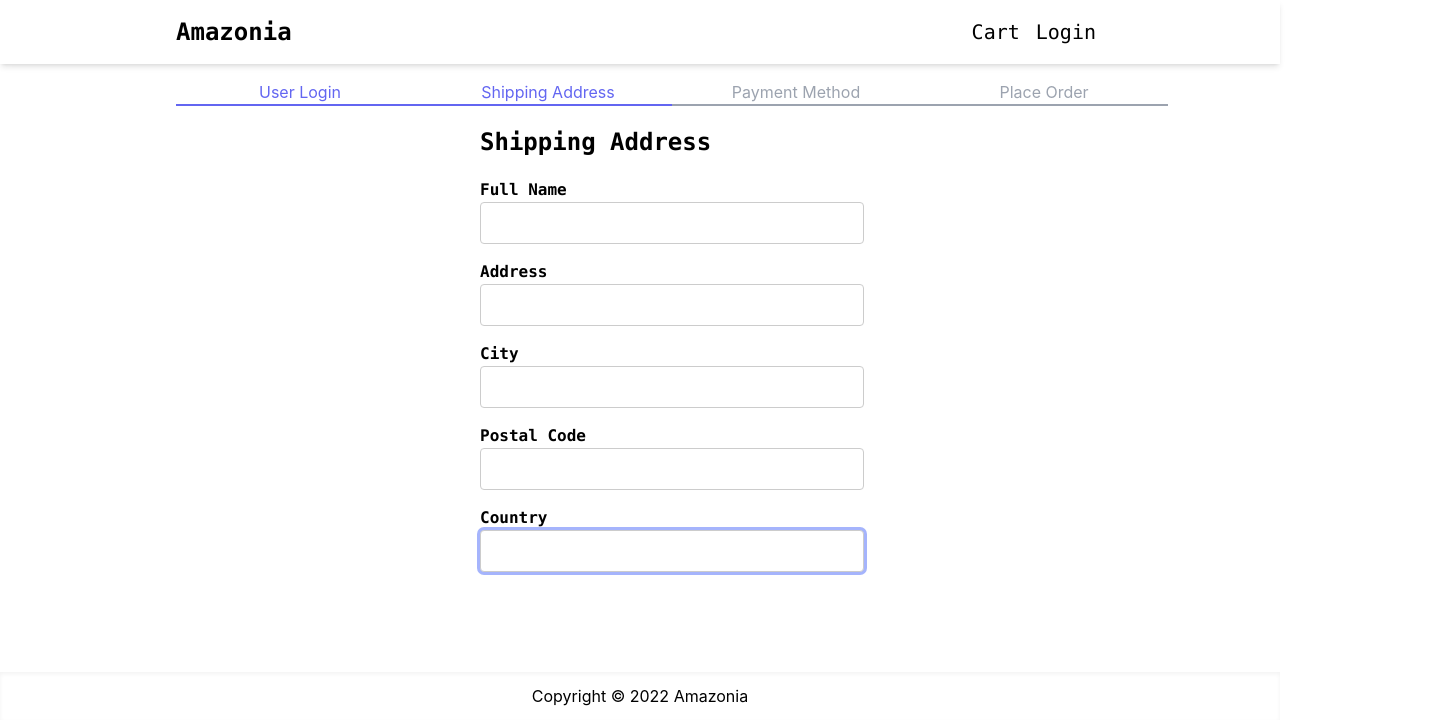
Repository: chidieb11/shop
Page: /shipping
These files come from the project's save history. The page is drawn as it stood at one moment and after a run of saves; the edit follows.
The browser window is 1280 px wide. The page is 1440 px wide, so the pictures cover 1440 px, including what lies to the right of the window. The pictures show the whole page.
The page's requests for data from a server got no answer. The project was rebuilt for these pictures with package versions that can differ from the ones it lists, and the page was loaded fresh each time. The framework's server and built-in components were replaced by stand-ins that run in the browser. No one was signed in, and anything a server would have sent is missing. Also part of the build but not shown: next.config.js, components/DropdownLink.js.

Above is the page before, as saved 2022-06-28 22:21:57.

### pages/_app.js
import "../styles/globals.css";
import { StoreProvider } from "../utils/Store";
import { SessionProvider } from "next-auth/react";

function MyApp({ Component, pageProps:{session, ...pageProps }}) {
  return (
    <SessionProvider session={session}>
      <StoreProvider>
        <Component {...pageProps} />
      </StoreProvider>
    </SessionProvider>
  );
}

export default MyApp;

### pages/shipping.js
import React from "react";
import { useForm } from "react-hook-form";
import CheckoutWizard from "../components/CheckoutWizard";
import Layout from "../components/Layout";

const ShippingScreen = () => {
  const {
    handleSubmit,
    register,
    formState: { errors },
    setValue,
  } = useForm();

  return (
    <Layout title="Shipping Address">
      <CheckoutWizard activeStep={1} />

      <form className="mx-auto max-w-screen-sm">
        <h1 className="capitalize mb-5 text-2xl font-bold font-mono">
          shipping address
        </h1>
        <div className="mb-4 flex flex-col">
          <label htmlFor="fullName" className="font-bold font-mono">
            Full Name
          </label>
          <input
            className="w-96"
            id="fullName"
            autoFocus
            {...register("fullName", {
              required: "Please Enter Your Full Name",
            })}
            style={{ border: "1px solid #ccc", outline: "none" }}
          />
          {errors.fullName && (
            <div className="text-red-500">{errors.fullName.message}</div>
          )}
        </div>

        <div className="mb-4 flex flex-col">
          <label htmlFor="fullName" className="font-bold font-mono">
            Address
          </label>
          <input
            className="w-96"
            id="address"
            autoFocus
            {...register("address", {
              required: "Please Enter Your Address",
              minLength: {
                value: 3,
                message: "Address must be at least 3 characters long!",
              },
            })}
            style={{ border: "1px solid #ccc", outline: "none" }}
          />
          {errors.address && (
            <div className="text-red-500">{errors.address.message}</div>
          )}
        </div>

        <div className="mb-4 flex flex-col">
          <label htmlFor="fullName" className="font-bold font-mono">
            City
          </label>
          <input
            className="w-96"
            id="city"
            autoFocus
            {...register("city", {
              required: "Please Enter Your City",
            })}
            style={{ border: "1px solid #ccc", outline: "none" }}
          />
          {errors.city && (
            <div className="text-red-500">{errors.city.message}</div>
          )}
        </div>

        <div className="mb-4 flex flex-col">
          <label htmlFor="fullName" className="font-bold font-mono">
            Postal Code
          </label>
          <input
            className="w-96"
            id="fullName"
            autoFocus
            {...register("postalCode", {
              required: "Please Enter Your Postal Code",
            })}
            style={{ border: "1px solid #ccc", outline: "none" }}
          />
          {errors.postalCode && (
            <div className="text-red-500">{errors.postalCode.message}</div>
          )}
        </div>

        <div className="mb-4 flex flex-col">
          <label htmlFor="fullName" className="font-bold font-mono">
            Country
          </label>
          <input
            className="w-96"
            id="fullName"
            autoFocus
            {...register("country", {
              required: "Please Enter Your Country",
            })}
            style={{ border: "1px solid #ccc", outline: "none" }}
          />
          {errors.country && (
            <div className="text-red-500">{errors.country.message}</div>
          )}
        </div>
        <div>
            <button></button>
        </div>
      </form>
    </Layout>
  );
};

export default ShippingScreen;

### styles/globals.css
@tailwind base;
@tailwind components;
@tailwind utilities;

html,
body {
  padding: 0;
  margin: 0;
  font-family: -apple-system, BlinkMacSystemFont, Segoe UI, Roboto, Oxygen,
    Ubuntu, Cantarell, Fira Sans, Droid Sans, Helvetica Neue, sans-serif;
}

a {
  color: inherit;
  text-decoration: none;
}

* {
  box-sizing: border-box;
}

.card {
  @apply mb-5 block rounded-lg border border-gray-200 shadow-md;
}

.primary-button {
  @apply rounded bg-amber-200 py-2 px-4 shadow outline-none hover:bg-amber-400 active:bg-amber-500;
}

input,
select,
textarea {
  @apply rounded border-none p-2 outline-none ring-indigo-300 focus:ring;
}

.dropdown-link {
  @apply flex p-2 hover:bg-gray-200;
}

### utils/Store.js
import Cookies from "js-cookie";
import { createContext, useReducer } from "react";

export const Store = createContext();

const initialState = {
  cart: Cookies.get("cart")
    ? JSON.parse(Cookies.get("cart"))
    : { cartItems: [] },
};

function reducer(state, action) {
  switch (action.type) {
    case "CART_ADD_ITEM": {
      const newItem = action.payload;
      const existingItem = state.cart.cartItems.find(
        (item) => item.slug === newItem.slug
      );
      const cartItems = existingItem
        ? state.cart.cartItems.map((item) =>
            item.name === existingItem.name ? newItem : item
          )
        : [...state.cart.cartItems, newItem];
      Cookies.set("cart", JSON.stringify({ ...state.cart, cartItems }));
      return { ...state, cart: { ...state.cart, cartItems } };
    }
    case "CART_REMOVE_ITEM": {
      const cartItems = state.cart.cartItems.filter(
        (item) => item.slug !== action.payload.slug
      );
      Cookies.set("cart", JSON.stringify({ ...state.cart, cartItems }));
      return { ...state, cart: { ...state.cart, cartItems } };
    }
    case "CLEAR_RESET":
      return {
        ...state,
        cart: {
          cartItems: [],
          shippingAddress: { location: [] },
          paymentMethod: "",
        },
      };
    default:
      return state;
  }
}

export function StoreProvider({ children }) {
  const [state, dispatch] = useReducer(reducer, initialState);
  const value = { state, dispatch };
  return <Store.Provider value={value}>{children}</Store.Provider>;
}

### components/CheckoutWizard.js
import React from "react";

const CheckoutWizard = ({ activeStep = 0 }) => {
  return (
    <div className="mb-5 flex flex-wrap md:mr-64">
      {["User Login", "Shipping Address", "Payment Method", "Place Order"].map(
        (step, index) => (
          <div
            key={step}
            className={`flex-1 border-b-2 text-center ${
              index <= activeStep
                ? "border-indigo-500 text-indigo-500"
                : "border-gray-400 text-gray-400"
            }`}
          >
            {step}
          </div>
        )
      )}
    </div>
  );
};

export default CheckoutWizard;

### components/Layout.js
import Head from "next/head";
import Link from "next/link";
import React, { useContext, useEffect, useState } from "react";
import { Store } from "../utils/Store";
import { signOut, useSession } from "next-auth/react";
import { ToastContainer } from "react-toastify";
import "react-toastify/dist/ReactToastify.css";
import { Menu } from "@headlessui/react";
import DropdownLink from "./DropdownLink";
import Cookies from "js-cookie";

const Layout = ({ title, children }) => {
  const { state, dispatch } = useContext(Store);
  const { cart } = state;
  const [cartItemCount, setCartItemCount] = useState(0);
  const { status, data: session } = useSession();

  useEffect(() => {
    setCartItemCount(
      cart.cartItems.reduce(
        (accumulator, currentQuantity) =>
          accumulator + currentQuantity.quantity,
        0
      )
    );
  }, [cart.cartItems]);

  const logoutClickHandler = () => {
    Cookies.remove("cart");
    dispatch({ type: "CLEAR_RESET" });
    signOut({ callbackUrl: "/login" });
  };

  return (
    <>
      <Head>
        <title>{title ? title + "-Amazonia" : "Amazonia"}</title>
        <meta name="description" content="Ecommerce Website" />
        <link rel="icon" href="/favicon.ico" />
      </Head>

      <ToastContainer position="bottom-center" limit={1} />

      <div className="flex min-h-screen flex-col justify-between">
        {/* Navbar */}
        <header className="top-0 sticky shadow-md">
          <nav className="flex justify-between items-center px-4 md:mx-40 h-16">
            <Link href="/">
              <a className="text-2xl font-bold font-mono capitalize">
                amazonia
              </a>
            </Link>
            <div>
              <Link href="cart">
                <a className="p-2 capitalize text-xl font-mono">
                  cart
                  {cartItemCount > 0 && (
                    <span className="ml-1 rounded-full bg-red-600 text-white px-2 pt-1 text-center font-bold text-xs">
                      {cartItemCount}
                    </span>
                  )}
                </a>
              </Link>

              {status === "loading" ? (
                "loading"
              ) : session?.user ? (
                <Menu as="div" className="relative inline-block">
                  <Menu.Button>{session.user.name}</Menu.Button>
                  <Menu.Items className="absolute right-0 w-56 origin-top-right bg-white shadow-lg rounded-md">
                    <Menu.Item>
                      <DropdownLink className="dropdown-link" href="/profile">
                        Profile
                      </DropdownLink>
                    </Menu.Item>
                    <Menu.Item>
                      <DropdownLink
                        className="dropdown-link"
                        href="/order-history"
                      >
                        Order History
                      </DropdownLink>
                    </Menu.Item>
                    <Menu.Item>
                      <a
                        className="dropdown-link"
                        href="#"
                        onClick={logoutClickHandler}
                      >
                        Logout
                      </a>
                    </Menu.Item>
                  </Menu.Items>
                </Menu>
              ) : (
                <Link href="/login">
                  <a className="text-xl font-mono p-2">Login</a>
                </Link>
              )}
            </div>
          </nav>
        </header>

        {/* Main */}
        <main className="container m-auto mx-40 mt-4 px-4">{children}</main>

        {/* Footer */}
        <footer className="flex justify-center items-center shadow-inner h-12">
          <p>Copyright &copy; 2022 Amazonia</p>
        </footer>
      </div>
    </>
  );
};

export default Layout;

Loaded but not shown: tailwind.config.js (common file)

After the next 3 saves:
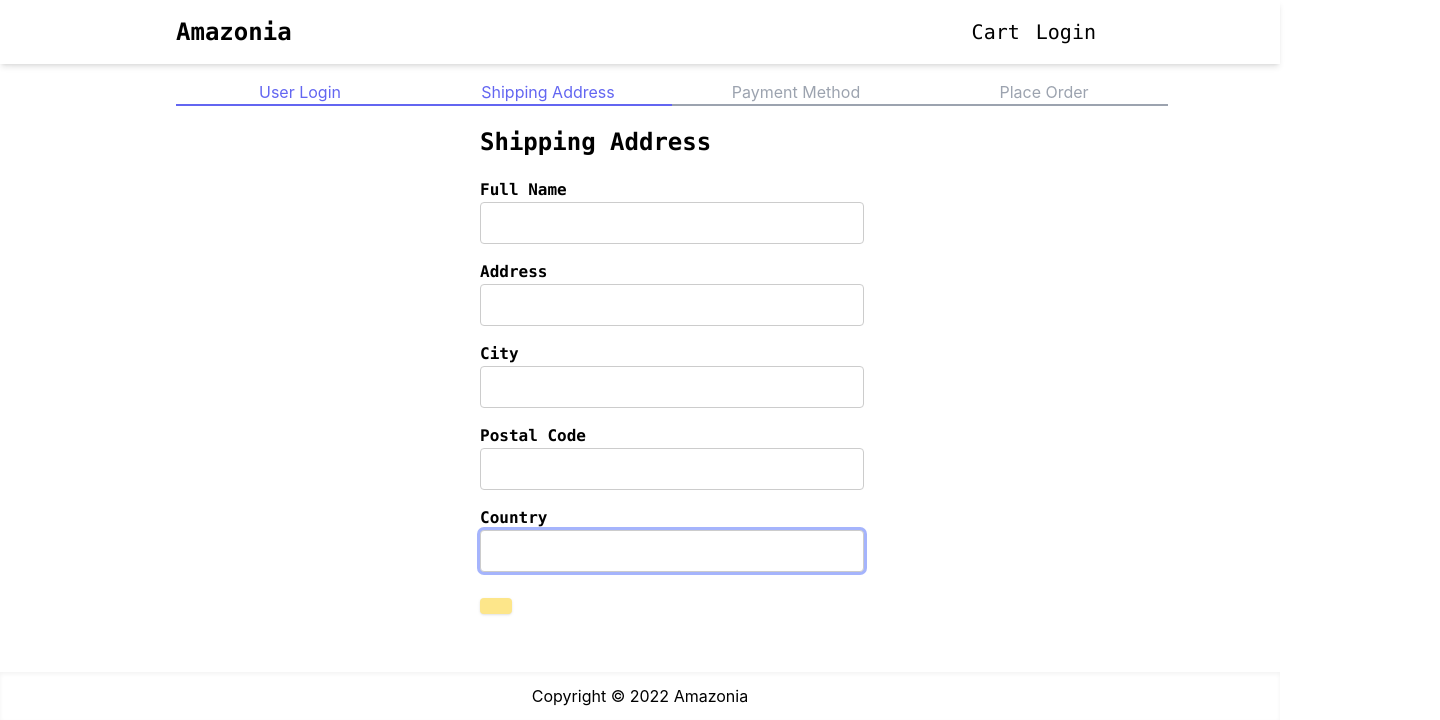
The 3 saves are shown as one change because they came seconds apart.
The last was saved 10 s later.
--- a/pages/shipping.js
+++ b/pages/shipping.js
@@ -113,7 +113,7 @@ const ShippingScreen = () => {
           )}
         </div>
         <div>
-            <button></button>
+            <button className="primary-button"></button>
         </div>
       </form>
     </Layout>
